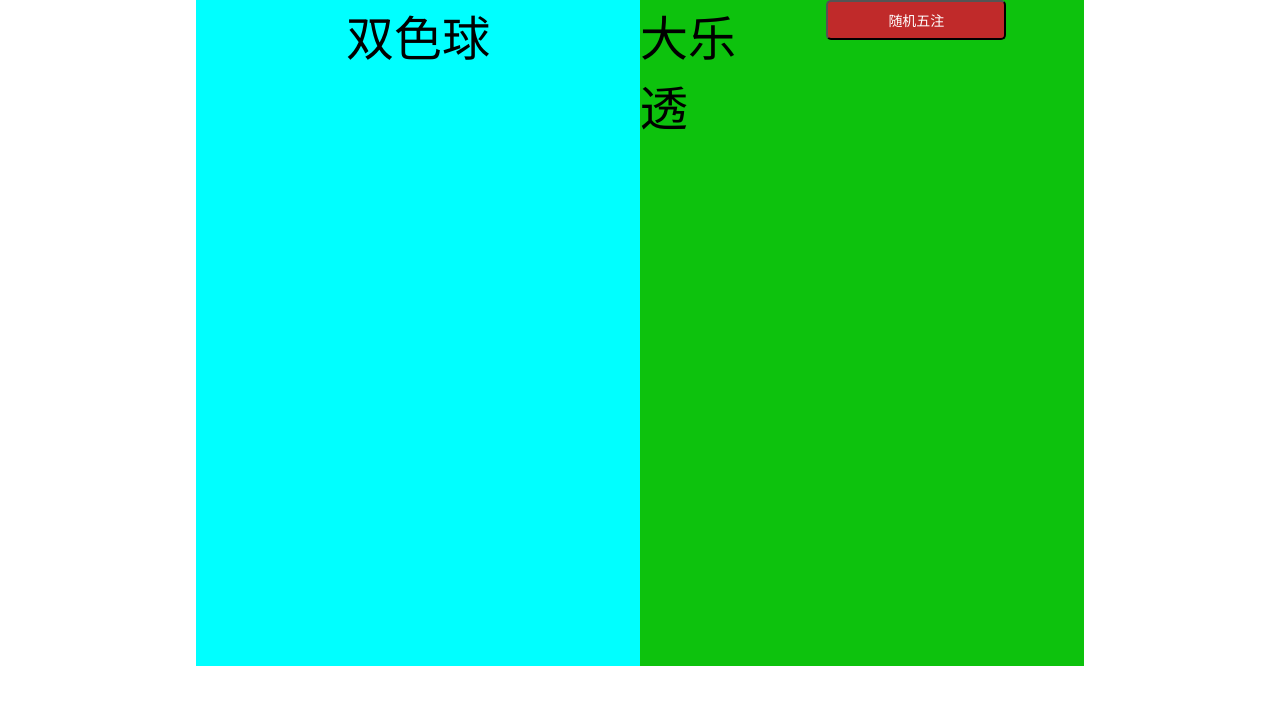
Repository: yz1181214391/caipiao-demo
Page: Cp.html
The author's editor kept a copy of each file at every save. The page is drawn from the files as they stood at one save, then again after the next save.
The browser window is 1280 px wide. The pictures show the whole page.

Above is the page before, as saved 2020-12-14 10:42:33.

### Cp.html
<!DOCTYPE html>
<html lang="en">
<head>
    <meta charset="UTF-8">
    <meta name="viewport" content="width=device-width, initial-scale=1.0">
    <title>彩票</title>
</head>
<style type="text/css">
    html,body {margin: 0;padding: 0;height: 100%;width: 100%;}
    a {text-decoration: none;}
    body,div,dl,dt,dd,ul,ol,li,h1,h2,h3,h4,h5,h6,pre,form,fieldset,input,textarea,p,blockquote,th,td {margin: 0;padding: 0;}
    table {border-collapse: collapse;border-spacing: 0;}
    fieldset,img {border: 0;}
    address,caption,cite,code,dfn,em,strong,th,var {font-style: normal;font-weight: normal;}
    ol,ul {list-style: none;}
    caption,th {text-align: left;}
    h1,h2,h3,h4,h5,h6 {font-size: 100%;font-weight: normal;}
    q:before,q:after {content: '';}
    abbr,acronym {border: 0;}
    body{
        font-family: "Chinese Quote", -apple-system, BlinkMacSystemFont, "Segoe UI", "PingFang SC", "Hiragino Sans GB", "Microsoft YaHei", "Helvetica Neue", Helvetica, Arial, sans-serif, "Apple Color Emoji", "Segoe UI Emoji", "Segoe UI Symbol";
    }

    .box{
        margin: 0 auto;
        width: 888px;
        height: 666px;
    }
    .cp-flex{
        display: flex;
        flex-direction: row;
        justify-content: center;
    }
    .cp-font{
        font-size: 48px;
        font-family: "Times New Roman", Times, serif;
    }
    .ssq-box{
        width: 100%;
        background-color: aqua;
    }
    .dlt-box{
        width: 100%;
        background-color: rgb(13, 194, 13);
    }

    .content {
        height: 70%;
        padding-top: 100px;
        text-align: center;
    }
    .context {
        margin: 20px 0;
    }
    .context span {
        display: inline-block;
        width: 30px;
        height: 30px;
        line-height: 30px;
        font-size: 14px;
        border-radius: 50%;
        color: #fff;
        background: rgba(192, 42, 42, 1);
        margin-right: 15px;
    }
    .context span:nth-child(5) {
        margin-right: 30px;
    }
    .context span:nth-child(7) {
        margin-right: 0;
    }
    .context span:nth-child(6),.context span:nth-child(7) {
        background: rgba(47, 40, 153, 1);
    }
    .button {
        width: 100%;
    }
    .button input {
        width: 180px;
        height: 40px;
        line-height: 40px;
        display: block;
        margin: 0 auto;
        background: rgba(192, 42, 42, 1);
        color: #fff;
        font: normal 400 14px '微软雅黑';
        border-radius: 5px;
        outline: none;
    }
</style>
<body>
    <div class="box cp-flex">
        <div class="ssq-box cp-flex">
            <h1 class="cp-font">双色球</h1>
        </div>
        <div class="dlt-box cp-flex">
            <h3 class="cp-font">大乐透</h3>
            <div class="content"></div>
            <div class="button">
                <input type="button" value="随机五注" onclick="fiveNumStr()">
            </div>
        </div>
    </div>
</body>
<script>
    // 定义 randomNumber方法, 随机输出数组
    function randomNumber(num) {
      // 定义 strArr方法, 生成数组
      function strArr(num) {
          var numberAarry = []
          for (var i = 0; i < num; i++) {
              numberAarry[i] = i + 1
          }
          return numberAarry
      }
      // 获得数组
      var numberAarry = strArr(num)
      // 将数组元素随机排序
      numberAarry.sort(function () {
          return 0.5 - Math.random()
      })
      // 小于10，前面加0
      for (var i = 0; i < numberAarry.length; i++) {
          if (numberAarry[i] < 10) {
              numberAarry[i] = '0' + numberAarry[i]
          } else {
              numberAarry[i] = String(numberAarry[i])
          }
      }
      return numberAarry
  }

    // 用 fiveIsClick 限制用户频繁点击按钮
    var fiveIsClick = true
  function fiveNumStr() {
      if (fiveIsClick) {
          // 设为false, 不可再次点击
          fiveIsClick = false
          var content = document.getElementsByClassName('content')[0]
          var innerText = content.getElementsByClassName('context')
          var ulNode = content.getElementsByTagName('ul')[0]
          // 先删除已创建的ul及其字节点, 再新增
          // 为什么要删除再添加节点呢, 是因为不增删节点只改变数字虽然渲染更快, 但是区别太小, 失去了动态效果
          // 当然, 如果你不需要删除再添加节点也行, 以下代码稍改动一下就好了
          if (ulNode) {
              content.removeChild(ulNode)
          }
          var ul = document.createElement('ul')
          // 用ul节点长度判断是否存在ul
          var ulLength = content.getElementsByTagName('ul').length
          var index = 0
          // 计时器，每隔0.5秒新增一组
          var interval = setInterval(function() {
              index ++
              if (ulLength < 1) {
                  var li = document.createElement('li')
                  li.setAttribute('class','context')
                  ul.appendChild(li)
                  content.appendChild(ul)
                  // 遍历li节点
                  var context = document.getElementsByClassName('context')[index - 1]
                  // 得到顺序被打乱的前区35个数字数组
                  var randomLeft = randomNumber(35)
                  // 大乐透前区数组
                  var leftNum = [randomLeft[0], randomLeft[1], randomLeft[2], randomLeft[3], randomLeft[4]]
                  // 从小到大排序
                  leftNum.sort(function (a, b) {
                      return a - b
                  })
                  // 得到顺序被打乱的后区12个数字数组
                  var randomRight = randomNumber(12)
                  // 大乐透后区数组
                  var rightNum = [randomRight[0], randomRight[1]]
                  rightNum.sort(function (a, b) {
                      return a - b // 从小到大排序
                  })
                  // 节点模版，用于给每个球添加样式
                  var spanNode = "<span>" + leftNum[0] + "</span>" + "<span>" + leftNum[1] + "</span>" + "<span>" + leftNum[2] + "</span>"
                      + "<span>" + leftNum[3] + "</span>" + "<span>" + leftNum[4] + "</span>" + "<span>" + rightNum[0] + "</span>" + "<span>" + rightNum[1] + "</span>"
                  // 节点已添加，再添加spanNode节点模版
                  context.innerHTML = spanNode
                  // li节点数量达到5个，就停止计时器
                  if (index >= 5) {
                      clearInterval(interval)
                  }
              }
          }, 500)
          // 阻止按钮重复点击，间隔3秒
          setTimeout(function() {
              fiveIsClick = true
          }, 3000)
      }
  }
</script>
</html>

After the next save:
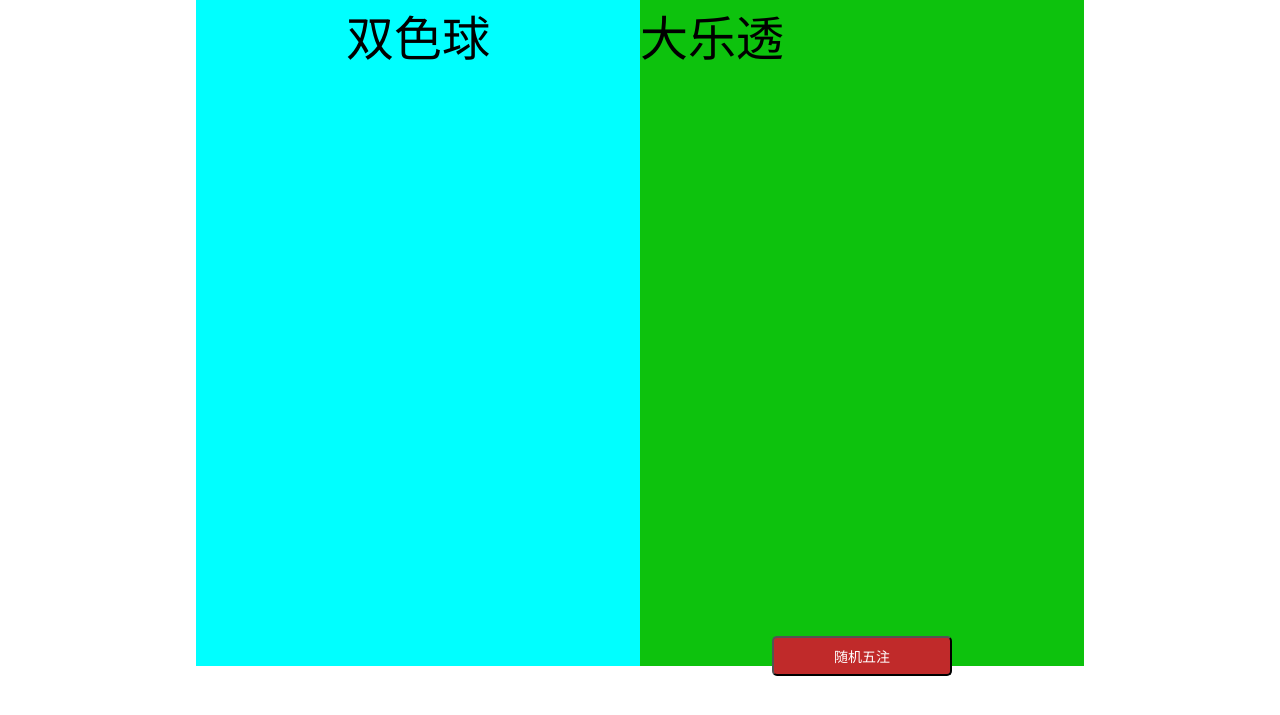
Saved 29 s later.
--- a/Cp.html
+++ b/Cp.html
@@ -93,7 +93,7 @@
         <div class="ssq-box cp-flex">
             <h1 class="cp-font">双色球</h1>
         </div>
-        <div class="dlt-box cp-flex">
+        <div class="dlt-box">
             <h3 class="cp-font">大乐透</h3>
             <div class="content"></div>
             <div class="button">
